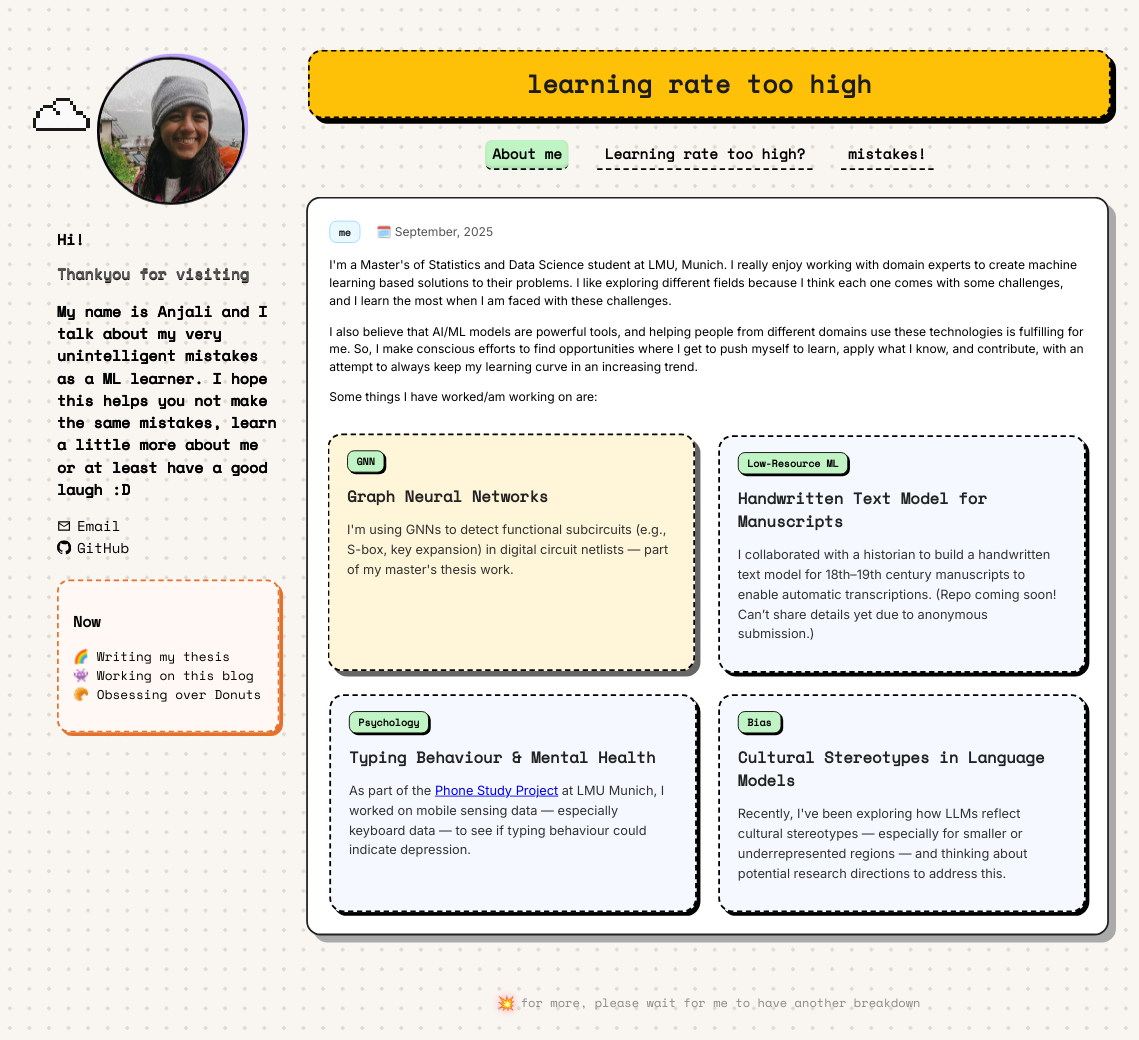
Repository: anjalisarawgi/learning_rate_too_high
Page: index.html
An editor plug-in stored every save of this project. The page is shown before and after the next save, followed by the edit.
The browser window is 1280 px wide. The pictures show the whole page, at 89% of full size.
The pointer rests on the first visible `.project-card`.

Above is the page before, as saved 2025-11-03 18:39:43.

### index.html
<!DOCTYPE html>
<html lang="en">
<head>
  <meta charset="UTF-8" />
  <meta name="viewport" content="width=device-width, initial-scale=1.0" />
  <meta name="title" content="Learning Rate Too High – Machine Learning Mistakes by Anjali Sarawgi">
  <meta name="description" content="A lighthearted blog documenting my ML experiments, mistakes, and lessons learned.">
  <meta name="author" content="Anjali Sarawgi">
  <meta name="robots" content="index, follow">
  <link rel="canonical" href="https://anjalisarawgi.github.io/learning_rate_too_high/">
  <title>learning rate too high</title>
  <!-- <link href="https://fonts.googleapis.com/css2?family=Space+Mono&family=Press+Start+2P&display=swap" rel="stylesheet"> -->
  <link href="https://fonts.googleapis.com/css2?family=Space+Mono&family=Press+Start+2P&family=Inter&display=swap" rel="stylesheet">
  <style>
    body {
      font-family: 'Space Mono', monospace;
      background-color: #F9F6F2;
      margin: 0;
      padding: 2rem;
      /* background-image: radial-gradient(#ebe9e9 2px, transparent 1px); */
      background-image: radial-gradient(#E0DBD2 2px, transparent 2px);
      background-size: 22px 22px;
    }

    header {
      background: #FFC107;
      color: #1C1C1C;
      padding: 1rem 2rem;
      font-size: 1.75rem;
      font-weight: 700;
      font-family: 'Space Mono', monospace;
      border: 2px dashed #000;
      border-radius: 1rem;
      box-shadow: 6px 6px 0 #000;
      max-width: 900px;
      margin: 1.5rem auto;
      text-align: center;
      letter-spacing: 0.5px;
      transition: all 0.2s ease;

    }

    .cursor {
      display: inline-block;
      margin-left: 0.3rem;
      animation: blink 1s steps(2, start) infinite;
      font-weight: 400;
    }

    @keyframes blink {
      to {
        visibility: hidden;
      }
    }

    nav {
      display: flex;
      justify-content: center;
      gap: 2rem;
      margin: 1.5rem 0;
      flex-wrap: wrap;
    }

    nav a {
  text-decoration: none;
  color: #000;
  font-weight: bold;
  border-bottom: 2px dashed #000;
  padding: 0.25rem 0.5rem;
  transition: all 0.2s ease;
}

nav a:hover {
  background: #A9E6AE; /* slightly darker green */
  border-radius: 0.5rem;
  transform: scale(1.05);
}

nav a.active {
  background: #C1F4C5; /* light green */
  border-radius: 0.5rem;
  font-weight: 700;
  box-shadow: inset 0 -2px 4px rgba(0,0,0,0.1);
}

    .card {
      background: #fff;
      border: 2px solid #222;
      border-radius: 1rem;
      box-shadow: 6px 6px 0 #888;
      padding: 1.5rem;
      margin: 2rem auto;
      max-width: 900px;
      transition: all 0.2s ease;


    }

    .card:hover {
      box-shadow: 8px 8px 0 #aaa;
      transform: translate(-2px, -2px);
    }

    .card h2 {
      margin-top: 0;
      color: #222;
    }

    .card small {
      color: #555;
    }

    .tag {
      display: inline-block;
      background: #EAF8FF;
      color: #1C1C1C;
      border: 1px solid #A1D8FF;
      font-size: 0.7rem;
      font-weight: bold;
      padding: 0.2rem 0.6rem;
      margin-right: 0.5rem;
      border-radius: 0.5rem;
    }

    .footer-cta {
      text-align: center;
      margin-top: 4rem;
      font-size: 1rem;
    }

    .now-block {
  background: #fff8f5;
  border: 2px dashed #E4722C;   /* soft coral-red border */
  box-shadow: 4px 4px 0 #E4722C; /* peach-orange shadow */
  border-radius: 0.85rem;
  padding: 1rem;
  font-size: 0.9rem;
  color: #000;
  margin-top: 1.5rem;
  transition: all 0.25s ease;
}

.now-block:hover {
  transform: translate(-2px, -2px);
  box-shadow: 6px 6px 0 #ffccb6;
  background: #fff4f0;
}
    footer {
      text-align: center;
      margin-top: 4rem;
      color: #888;
      font-size:
       0.85rem;
    }

    .intro-bold {
      font-weight: 700;
      font-size: 1.05rem;
      /* color: #111; */
      text-shadow: 0.1px 0.1px #111
    }
    .cute-photo {
  width: 160px;
  height: 160px;
  object-fit: cover;
  border: 3px solid #000;
  box-shadow: 4px 4px 0 #bca2ff;
  /* box-shadow: 4px 4px 0 #a2d2ff; soft blue shadow */
    /* box-shadow: 4px 4px 0 #f4a7a0; pastel red shadow */
  background-color: #fff8e1;
  background: radial-gradient(circle at 30% 30%, #fff8e1 0%, #f2e3ff 80%);
  border-radius: 50%;
  margin: 0 auto 1.5rem auto;
  display: block;

  /* Proper flower mask pattern */
  mask: radial-gradient(circle at center, black 60%, transparent 61%)
        repeat-conic-gradient(black 0deg 20deg, transparent 20deg 40deg);
  -webkit-mask: radial-gradient(circle at center, black 60%, transparent 61%)
                repeat-conic-gradient(black 0deg 20deg, transparent 20deg 40deg);
  mask-composite: intersect;
  -webkit-mask-composite: destination-in;

  transition: transform 0.3s ease;
  transform: rotate(-90deg);
}

.pumpkin-mascot {
  position: fixed;
  bottom: 20px;
  right: 20px;
  width: 60px;
  image-rendering: pixelated; /* keeps that crisp pixel look */
  z-index: 1000;
  transition: transform 0.3s ease;
}
.pumpkin-mascot:hover {
  transform: rotate(8deg) scale(1.1);
}


.profile-photo {
  position: relative;
  z-index: 2;  /* photo stays in front */
  width: 200px; /* adjust to your photo size */
  border-radius: 12px;
}

.photo-container {
  position: relative;
  width: 160px;      /* match your photo size */
  height: 160px;
  margin: 0 auto 2rem auto;
}

.cute-photo {
  position: relative;
  z-index: 2;         /* bring photo above */
  width: 160px;
  height: 160px;
  object-fit: cover;
  border: 3px solid #000;
  box-shadow: 4px 4px 0 #bca2ff;
  background-color: #fff8e1;
  background: radial-gradient(circle at 30% 30%, #fff8e1 0%, #f2e3ff 80%);
  border-radius: 50%;
  display: block;
  margin: 0 auto;
  transition: transform 0.3s ease;
  transform: rotate(-90deg);
}

.cloud-behind {
  position: absolute;
  top: 20px;
  left: -100px;
  width: 120px;
  z-index: 1;          /* this ensures it’s BEHIND the photo */
  image-rendering: pixelated;
  animation: floatCloud 18s ease-in-out infinite;
  opacity: 0.8;
  pointer-events: none; /* prevents blocking clicks on the photo */
}

@keyframes floatCloud {
  0% {
    transform: translateX(-60px);
    opacity: 0.6;
  }
  25% {
    transform: translateX(0);
    opacity: 0.9;
  }
  50% {
    transform: translateX(60px);
    opacity: 0.9;
  }
  75% {
    transform: translateX(0);
    opacity: 0.8;
  }
  100% {
    transform: translateX(-60px);
    opacity: 0.6;
  }
}


.emoji {
  display: inline-block;
  animation: emojiWiggle 2.5s infinite ease-in-out;
  transform-origin: center;
}

@keyframes emojiWiggle {
  0%, 100% {
    transform: rotate(0deg);
  }
  25% {
    transform: rotate(8deg);
  }
  50% {
    transform: rotate(-8deg);
  }
  75% {
    transform: rotate(4deg);
  }
}

.cute-photo:hover {
  box-shadow: 0 0 10px rgba(188, 162, 255, 0.4);
  transform: scale(1.05);
}
    /* .cute-photo:hover {
  transform: rotate(2deg) scale(1.05);
  transition: all 0.3s ease;
} */
    /* Make text inside .card paragraphs and lists use Inter instead of Space Mono */
/* Card body text with smaller, cleaner font */
.card p,
.card li,
.card small {
  font-family: 'Inter', sans-serif;
  font-size: 0.85rem;       /* Smaller size */
  line-height: 1.5;         /* Keep good spacing */
}

/* Card headings stay Space Mono */
.card h2 {
  font-family: 'Space Mono', monospace;
  font-size: 1.3rem;         /* Optional: Slightly smaller heading too */
}
ul li {
  margin-bottom: 0.7rem; /* adjust value as needed */
  line-height: 1.6; /* optional: improves readability */
}
.project-card {
  background: #F5F9FF;
  border: 2px dashed #000;
  border-radius: 1rem;
  box-shadow: 4px 4px 0 #000;
  padding: 1rem 1.25rem;
  margin: 0;
  transition: all 0.25s ease;
}


.project-card:hover {
  transform: translate(-2px, -2px);
  box-shadow: 6px 6px 0 #666;
  background: #FFF5D9;
}

.project-card h4 {
  font-family: 'Space Mono', monospace;
  font-size: 1.1rem;
  margin: 0.4rem 0;
  color: #222;
}

.project-card p {
  font-family: 'Inter', sans-serif;
  font-size: 0.9rem;
  line-height: 1.55;
  color: #333;
}

.project-card .tag {
  display: inline-block;
  background: #C1F4C5;
  border: 1px solid #000;
  border-radius: 0.5rem;
  font-size: 0.7rem;
  font-weight: bold;
  padding: 0.2rem 0.6rem;
  margin-bottom: 0.4rem;
  color: #000;
  box-shadow: 2px 2px 0 #000;
}

.projects-section {
  display: grid;
  grid-template-columns: repeat(auto-fit, minmax(320px, 1fr));
  gap: 1.5rem;
  margin-top: 2rem;
}
.projects-section h3 {
  font-family: 'Space Mono', monospace;
  font-size: 1.2rem;
  margin-top: 2rem;
  color: #222;
  text-shadow: 1px 1px #fff;
}

footer .boom {
  display: inline-block;
  animation: boomPulse 2s infinite;
  filter: drop-shadow(0 0 4px rgba(255, 0, 0, 0.4));
}

@keyframes boomPulse {
  0%, 100% { transform: scale(1); }
  50% { transform: scale(1.2); }
}


  </style>
</head>
<body>
  <div style="display: flex; max-width: 1400px; margin: 0 auto;">
    <aside style="width: 250px; padding: 2rem; font-family: 'Space Mono', monospace;">
      <!-- <img
      src="myphoto2.jpeg"
      alt="Anjali Sarawgi"
      class="cute-photo"> -->
      <div class="photo-container">
        <img src="cloud_image.png" alt="Cloud mascot" class="cloud-behind">
        <img src="myphoto2.jpeg" alt="Anjali photo" class="cute-photo">
      </div>
      <h2 class="intro-bold" style="margin-top: 0;">Hi!</h2>
      <h3 class="intro-bold" style="margin-top: 0; color: #5a5a5a;">Thankyou for visiting</h3>
      <p class="intro-bold">
        My name is <strong>Anjali</strong> and I talk about my very unintelligent mistakes as a ML learner. I hope this helps you not make the same mistakes, learn a little more about me or at least have a good laugh :D
      </p>

      <a href="mailto:anjali.sarawgi9@gmail.com" style="display: flex; align-items: center; gap: 0.4rem; text-decoration: none; color: #000;">
        <!-- Email Icon -->
        <svg xmlns="http://www.w3.org/2000/svg" width="16" height="16" fill="currentColor" viewBox="0 0 24 24">
          <path d="M2 4h20v16H2V4zm2 2v.511l8 5.334 8-5.334V6H4zm0 2.489V18h16V8.489l-8 5.333-8-5.333z"/>
        </svg>
        <span>Email</span>
      </a>

      <!-- <a href="https://www.linkedin.com/in/anjali-sarawgi" target="_blank" style="display: flex; align-items: center; gap: 0.4rem; text-decoration: none; color: #000;">
        <svg xmlns="http://www.w3.org/2000/svg" width="16" height="16" fill="currentColor" viewBox="0 0 24 24">
          <path d="M4.98 3.5C4.98 4.88 3.88 6 2.5 6S0 4.88 0 3.5 1.12 1 2.5 1 4.98 2.12 4.98 3.5zM.5 8.49h4V24h-4V8.49zm7.5 0h3.84v2.11h.05c.54-1.01 1.84-2.07 3.79-2.07 4.05 0 4.8 2.66 4.8 6.12V24h-4v-7.79c0-1.86-.03-4.26-2.59-4.26-2.59 0-2.99 2.02-2.99 4.11V24h-4V8.49z"/>
        </svg>
        <span>LinkedIn</span>
      </a> -->

      <!-- GitHub -->
      <a href="https://github.com/anjalisarawgi" target="_blank" style="display: flex; align-items: center; gap: 0.4rem; text-decoration: none; color: #000;">
        <svg xmlns="http://www.w3.org/2000/svg" width="16" height="16" fill="currentColor" viewBox="0 0 24 24">
          <path d="M12 0C5.37 0 0 5.37 0 12a12 12 0 008.21 11.43c.6.11.82-.26.82-.58v-2.02c-3.34.73-4.04-1.61-4.04-1.61-.55-1.38-1.35-1.75-1.35-1.75-1.1-.76.08-.74.08-.74 1.22.09 1.87 1.25 1.87 1.25 1.08 1.85 2.84 1.31 3.54 1 .11-.79.42-1.31.76-1.61-2.66-.3-5.47-1.33-5.47-5.91 0-1.31.47-2.38 1.24-3.22-.12-.3-.54-1.52.12-3.17 0 0 1-.32 3.29 1.23A11.45 11.45 0 0112 6.84c1.02.01 2.04.14 3 .42 2.29-1.55 3.29-1.23 3.29-1.23.66 1.65.24 2.87.12 3.17.77.84 1.24 1.91 1.24 3.22 0 4.6-2.82 5.61-5.5 5.91.43.37.81 1.09.81 2.21v3.27c0 .32.22.69.83.57A12 12 0 0024 12c0-6.63-5.37-12-12-12z"/>
        </svg>
        <span>GitHub</span>
      </a>


      <!-- Google Scholar -->
      <!-- <a href="https://scholar.google.com/citations?user=S54iOkAAAAAJ&hl=en" target="_blank" style="display: flex; align-items: center; gap: 0.4rem; text-decoration: none; color: #000;">
        <svg xmlns="http://www.w3.org/2000/svg" width="16" height="16" fill="currentColor" viewBox="0 0 24 24">
          <path d="M12 2L1 12l3.29 3.29L12 6.41l7.71 8.88L23 12zM12 8.5l-6 6V22h12v-7.5l-6-6z"/>
        </svg>
        <span>Google Scholar</span>
      </a> -->


      <div class="now-block">
        <h3>Now</h3>
        <!-- <p>🌈 Writing my thesis<br>👾 Working on this blog <br>🥐 Obsessing over Donuts</p> -->
        <p>
          <span class="emoji">🌈</span> Writing my thesis<br>
          <span class="emoji">👾</span> Working on this blog<br>
          <span class="emoji">🥐</span> Obsessing over Donuts
        </p>
      </div>
    </aside>

    <main style="flex: 1;">
      <header>learning rate too high<span class="cursor">_</span></header>
      <nav>
        <a href="#" data-tab="about" class="active" >About me</a>
        <a href="#" data-tab="loss-infinity">Learning rate too high?</a>
        <a href="#" data-tab="loss-infinity">mistakes!</a>
        <!-- <a href="#" data-tab="raw-text">uncertainity?</a> -->
        <!-- <a href="#" data-tab="wrong-script">wrong script AGAIN!</a> -->
        <!-- <a href="#" data-tab="wrong-script">package version/s</a> -->
        <!-- <a href="#" data-tab="wrong-script">parameters are IMP</a> -->
        <!-- <a href="#" data-tab="wrong-script">some research directions i think of</a> -->
        <!-- <a href="#" data-tab="wrong-script">the data problem</a> -->

        <!-- <a href="#" data-tab="shuffled-labels">shuffled labels</a> -->
      </nav>

      <div class="card" data-tab-content="wrong-script" style="display: none;">
        <div class="tag">bug</div><div class="tag">torch</div>
        <h2>correct code ... wrong script in training</h2>
        <small>🗓️ May, 2025</small>
        <p>I trained a model. I tweaked layers. I changed the loss function. I cursed PyTorch.<br>Nothing changed.<br><br>Turns out, I was editing <code>train.py</code> in folder A and running <code>train.py</code> in folder B. The curse was me.</p>
      </div>

      <div class="card" data-tab-content="loss-infinity" style="display: none;">
        <div class="tag">loss</div><div class="tag">div/0</div>
        <h2>loss infinity</h2>
        <small>🗓️ Jul 10, 2025</small>
        <p>My model diverged so hard it reached theological questions.<br>Turns out I forgot to normalize the input. Again. And again. And again...</p>
      </div>

      <div class="card" data-tab-content="raw-text" style="display: none;">
        <div class="tag">gnn</div><div class="tag">raw text</div>
        <h2>raw text to GNN</h2>
        <small>🗓️ Jun 5, 2025</small>
        <p>I tried putting raw text directly into a GNN.<br>It screamed. I listened.<br>Don't do it.</p>
      </div>

      <div class="card" data-tab-content="shuffled-labels" style="display: none;">
        <div class="tag">labels</div><div class="tag">oops</div>
        <h2>shuffled labels</h2>
        <small>🗓️ May 18, 2025</small>
        <p>I shuffled my data and accidentally shuffled the labels *separately*.<br>The model got creative, but not in a good way.</p>
      </div>

      <div class="card" data-tab-content="about" style="display: block;">
        <div class="tag">me</div>
        <!-- <h2>About me</h2> -->
        <small>🗓️ September, 2025</small>
        <!-- <h2>Hi, I'm Anjali ✨</h2> -->
        <p>I'm a Master's  of Statistics and Data Science student at LMU, Munich. I really enjoy working with domain experts to create machine learning based solutions to their problems. I like exploring different fields because I think each one comes with some challenges, and I learn the most when I am faced with these challenges.        </p>
        <p>I also believe that AI/ML models are powerful tools, and helping people from different domains use these technologies is fulfilling for me. So, I make conscious efforts to find opportunities where I get to push myself to learn, apply what I know, and contribute, with an attempt to always keep my learning curve in an increasing trend.</p>
        <p>Some things I have worked/am working on are:</p>
        <div class="projects-section">
          <div class="project-card">
            <div class="tag">GNN</div>
            <h4>Graph Neural Networks</h4>
            <p>
              I'm using GNNs to detect functional subcircuits (e.g., S-box, key expansion)
              in digital circuit netlists — part of my master's thesis work.
            </p>
          </div>

          <div class="project-card">
            <div class="tag">Low-Resource ML</div>
            <h4>Handwritten Text Model for Manuscripts</h4>
            <p>
              I collaborated with a historian to build a handwritten text model for
              18th–19th century manuscripts to enable automatic transcriptions.
              (Repo coming soon! Can’t share details yet due to anonymous submission.)
            </p>
          </div>

          <div class="project-card">
            <div class="tag">Psychology</div>
            <h4>Typing Behaviour & Mental Health</h4>
            <p>
              As part of the <a href="https://phonestudy.org/en/" target="_blank">Phone Study Project</a> at LMU Munich,
              I worked on mobile sensing data — especially keyboard data —
              to see if typing behaviour could indicate depression.
            </p>
          </div>

          <div class="project-card">
            <div class="tag">Bias</div>
            <h4>Cultural Stereotypes in Language Models</h4>
            <p>
              Recently, I've been exploring how LLMs reflect cultural stereotypes —
              especially for smaller or underrepresented regions —
              and thinking about potential research directions to address this.
            </p>
          </div>
        </div>

        <!-- <ul>
          <li><strong>Graph Neural Networks</strong> -> I am using GNNs to detect functional subcircuits (e.g., Sbox, key expansion) in digital circuit netlists. This is a part of my master's thesis.
          <li><strong>Low-Resource ML</strong> -> I collaborated with a historian to build a handwritten text model for 18th and 19th century manuscripts to enable automatic transcriptions (repo to be released soon!) [<i>cannot say alot about this since we have a anonymous conference submission</i>]
          <li><strong>Psycological Research</strong> -> At LMU, Munich, I worked for the Phone study project (https://phonestudy.org/en/), where they capture and study mobile sensing data for finding methods to understand the users mental health. Here, very interestingly I worked on the keyboard data, where I prepared the data, and created features to see if users typing behaviour can indicate depression.
          <li><strong>Cultural bias</strong> -> Very recently, I have been very intrigued with the cultural stereotypes most large language models capture, especially the smaller and less represented regions, and I have been trying to infer these behaviours to see for another possible research direction i could work on this winter of 2025.  -->
             <!-- Particularly, I am curious to evaluate how these models handle smaller or less represented regions, for example Nepal. I think it would be very interesting to see if we can identify and solve for the biases in the dataset it was trained on itself. -->
        <!-- </ul> -->
      </div>
      <footer>
        <span class="boom">💥</span> for more, please wait for me to have another breakdown
      </footer>
      <!-- <img src="Cloud.png" alt="Cloud mascot" class="cloud-mascot"> -->
    </main>
  </div>

  <!-- JS for tab switching -->
  <script>
    const tabs = document.querySelectorAll('nav a');
    const cards = document.querySelectorAll('[data-tab-content]');

    tabs.forEach(tab => {
      tab.addEventListener('click', (e) => {
        e.preventDefault();
        const target = tab.getAttribute('data-tab');

        // Hide all cards
        cards.forEach(card => {
          card.style.display = 'none';
        });

        // Remove 'active' class from all tabs
        tabs.forEach(t => t.classList.remove('active'));

        // Add 'active' to clicked tab
        tab.classList.add('active');

        // Show the matching card
        const activeCard = document.querySelector(`[data-tab-content="${target}"]`);
        if (activeCard) activeCard.style.display = 'block';
      });
    });
  </script>
</body>
</html>

After the next save:
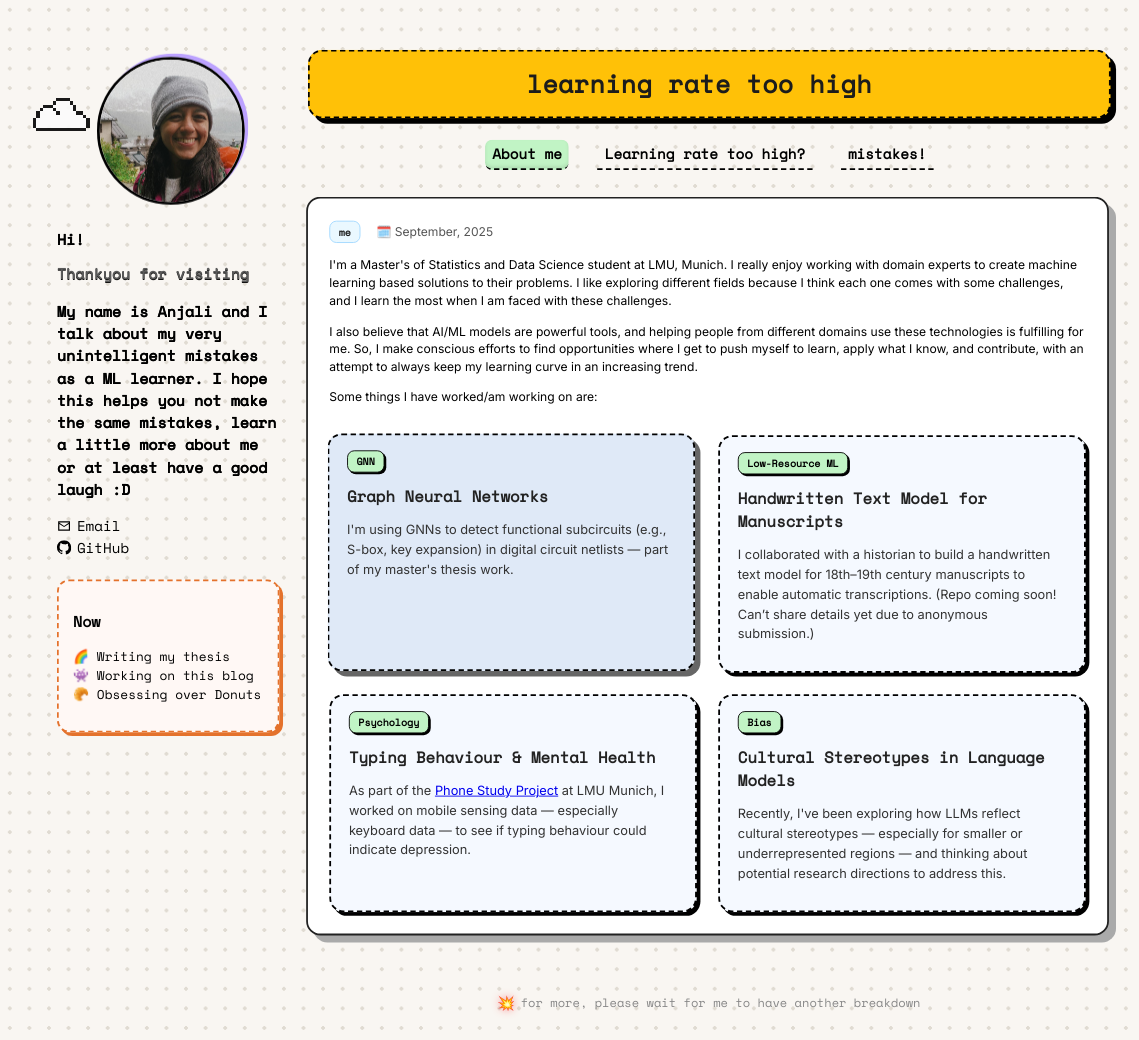
Saved 35 s later.
--- a/index.html
+++ b/index.html
@@ -328,7 +328,7 @@ ul li {
 .project-card:hover {
   transform: translate(-2px, -2px);
   box-shadow: 6px 6px 0 #666;
-  background: #FFF5D9;
+  background: #dfe9f7;
 }
 
 .project-card h4 {
